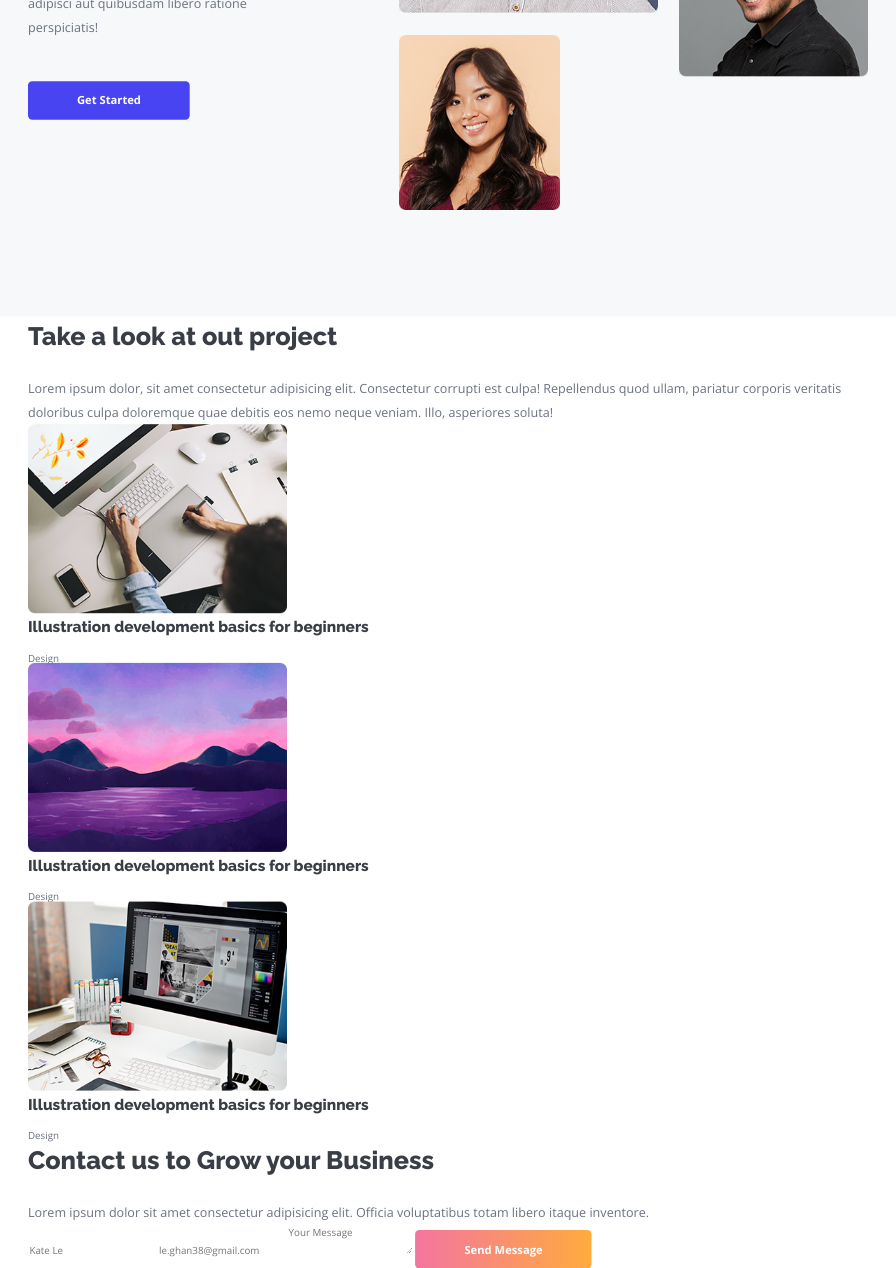
Repository: kate30980/LP-practiceoctavian
Page: index.html
An editor plug-in stored every save of this project. The page is shown before and after the next save, followed by the edit.
The browser window is 1280 px wide. The pictures show the part of the page from y = 4580 to 6500 px (the page is 6392 px tall before and 6502 px after), at 70% of full size.
The style sheet was rebuilt from its Sass, Less or Tailwind sources for each picture, by a compiler version that may differ from the author's.

Above is the page before, as saved 2021-08-25 17:43:39.

After the next save:
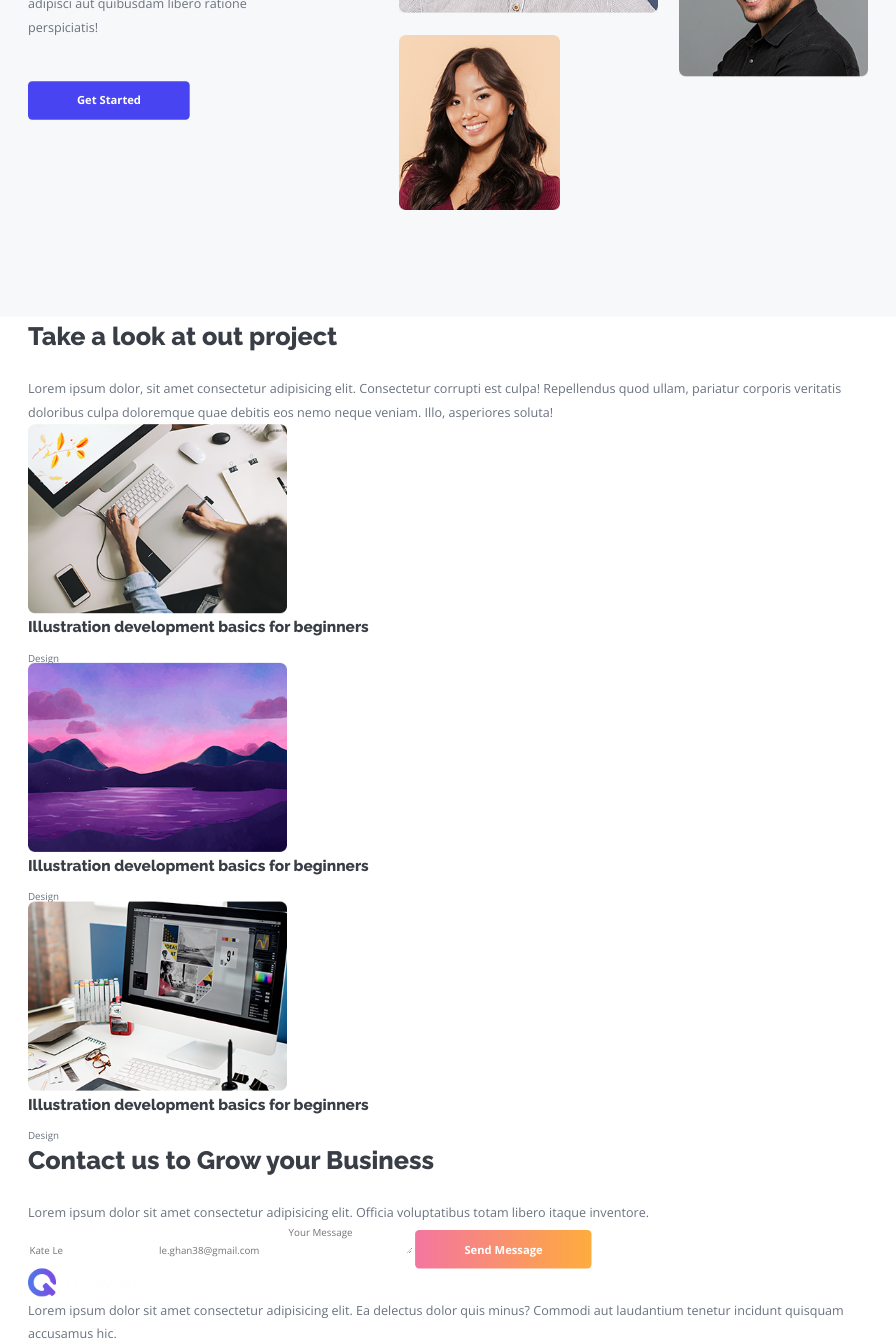
Saved 2 min 14 s later.
--- a/index.html
+++ b/index.html
@@ -234,7 +234,13 @@
     <footer class="footer">
         <div class="container">
             <div class="footer-main">
-                <div class="footer-column"></div>
+                <div class="footer-column">
+                    <img src="./images/logo-footer.png" alt="logo-footer" class="footer-logo" />
+                    <div class="footer-desc text">
+                        Lorem ipsum dolor sit amet consectetur adipisicing elit. Ea delectus dolor quis minus? Commodi
+                        aut laudantium tenetur incidunt quisquam accusamus hic.
+                    </div>
+                </div>
                 <div class="footer-column"></div>
                 <div class="footer-column"></div>
             </div>
